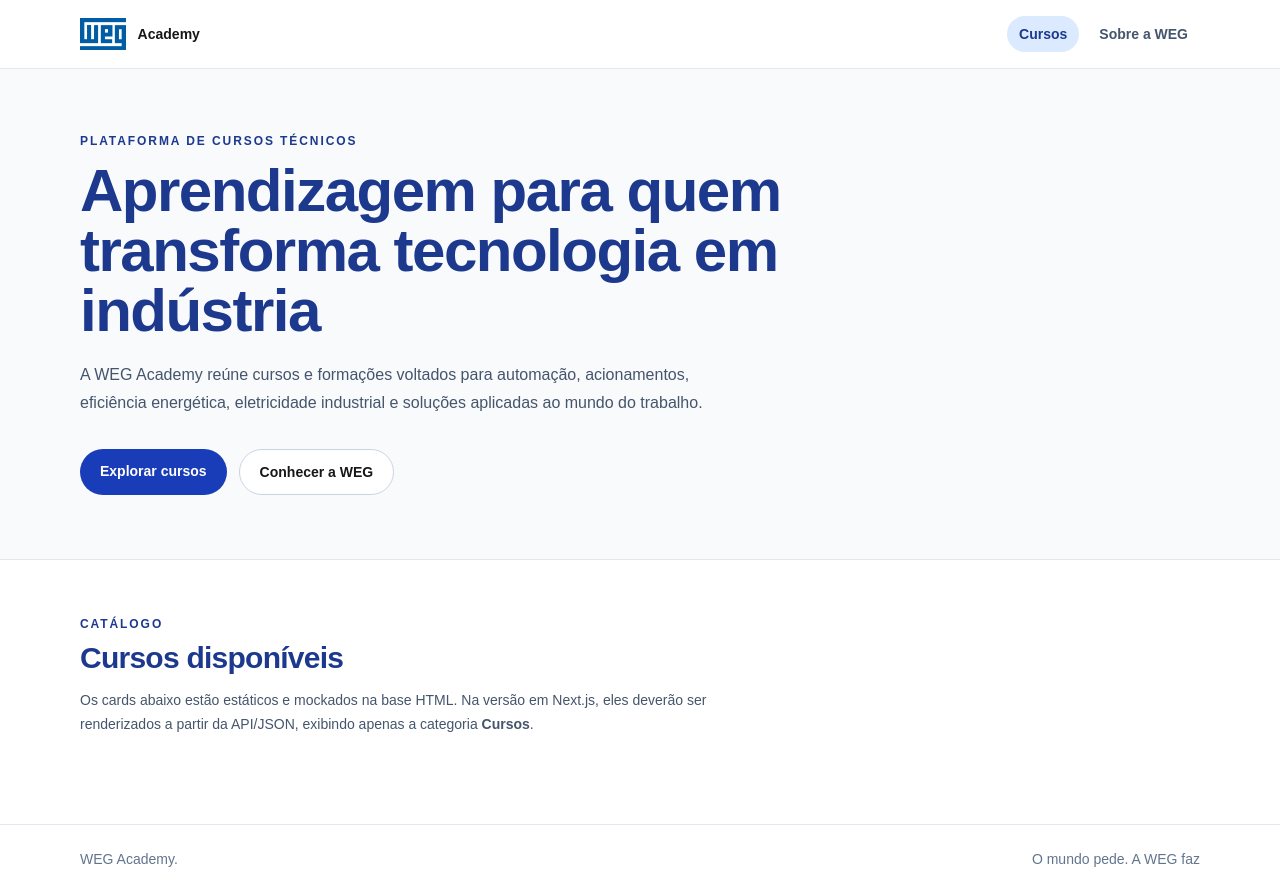
Repository: juniorAntunes910/Prova-Next-Junior_Gabriel_Antunes_de_Souza-Correta
Page: / (app in prova/)
The author's editor kept a copy of each file at every save. The page is drawn from the files as they stood at one save, then again after the next save.
The browser window is 1280 px wide. The pictures show the whole page.
The page's requests for data from a server got no answer. The project was rebuilt for these pictures with package versions that can differ from the ones it lists, and the page was loaded fresh each time. The framework's server and built-in components were replaced by stand-ins that run in the browser. No one was signed in, and anything a server would have sent is missing. Also part of the build but not shown: prova/next.config.mjs, prova/src/components/Cards.js.

Above is the page before, as saved 2026-07-10 09:13:02.

### prova/src/app/layout.js
import "./globals.css";
import Topbar from "@/components/Topbar";
import Footer from "@/components/Footer";

export const metadata = {
  title: "Create Next App",
  description: "Generated by create next app",
};

export default function RootLayout({ children }) {
  return (
    <html lang="en">
      <body className="min-h-full flex flex-col">
        <Topbar />
        {children}
        <Footer />
      </body>
    </html>
  );
}

### prova/src/app/page.js
import Hero from "@/components/Hero";
import Cards from "@/components/Cards";
export default function Home() {
  return (
    <main>
      <Hero />

      <section className="mx-auto max-w-6xl px-4 py-14" id="cursos">
        <div className="mb-8 max-w-2xl">
          <p className="mb-2 text-xs font-extrabold uppercase tracking-[0.16em] text-blue-900">
            Catálogo
          </p>
          <h2 className="text-3xl font-extrabold tracking-tight text-blue-900">
            Cursos disponíveis
          </h2>
          <p className="mt-3 text-sm leading-6 text-slate-600">
            Os cards abaixo estão estáticos e mockados na base HTML. Na versão
            em Next.js, eles deverão ser renderizados a partir da API/JSON,
            exibindo apenas a categoria <strong>Cursos</strong>.
          </p>
        </div>
        <div className="grid gap-5 md:grid-cols-3">
              <Cards />
        </div>
      </section>
    </main>
  );
}

### prova/src/components/Topbar.js
"use client";
import Image from "next/image";
import { usePathname } from "next/navigation";
import Link from "next/link";
export default function Topbar() {
  const path = usePathname();
  const active = "rounded-full bg-blue-100 px-3 py-2 text-blue-900";
  const desative = "rounded-full  px-3 py-2 text-blue-900";

  return (
    <header className="border-b border-slate-200 bg-white">
      <div className="mx-auto flex max-w-6xl flex-col gap-4 px-4 py-4 md:flex-row md:items-center md:justify-between">
        <Link
          href="/"
          className="flex items-center gap-3"
          aria-label="Página inicial WEG Academy"
        >
          <Image
            src="/logo-weg.png"
            alt="Logo WEG"
            height={64}
            width={64}
            className="h-8 w-auto"
          ></Image>
          <span className="text-sm font-bold text-weg-dark">Academy</span>
        </Link>

        <nav
          className="flex items-center gap-2 text-sm font-semibold text-slate-600"
          aria-label="Navegação principal"
        >
          <Link
            href="/"
            className={path === "/" ? active : desative}
          >
            Cursos
          </Link>
          <Link
            href="/about"
            className="rounded-full px-3 py-2 hover:bg-slate-100"
          >
            Sobre a WEG
          </Link>
        </nav>
      </div>
    </header>
  );
}

### prova/src/components/Footer.js
export default function () {
  return (
    <footer className="border-t border-slate-200 bg-white">
      <div className="mx-auto flex max-w-6xl flex-col gap-2 px-4 py-6 text-sm text-slate-500 md:flex-row md:items-center md:justify-between">
        <p>WEG Academy.</p>
        <p>O mundo pede. A WEG faz</p>
      </div>
    </footer>
  );
}

### prova/src/components/Hero.js
import Link from "next/link";
export default function Hero() {
  return (
    <section className="border-b border-slate-200 bg-slate-50">
      <div className="mx-auto max-w-6xl px-4 py-16">
        <div className="max-w-3xl">
          <p className="mb-3 text-xs font-extrabold uppercase tracking-[0.16em] text-blue-900">
            Plataforma de cursos técnicos
          </p>
          <h1 className="text-4xl font-extrabold tracking-tight text-blue-900 md:text-6xl">
            Aprendizagem para quem transforma tecnologia em indústria
          </h1>
          <p className="mt-5 max-w-2xl text-base leading-7 text-slate-600">
            A WEG Academy reúne cursos e formações voltados para automação,
            acionamentos, eficiência energética, eletricidade industrial e
            soluções aplicadas ao mundo do trabalho.
          </p>
          <div className="mt-8 flex flex-wrap gap-3">
            <Link
              href="#cursos"
              className="rounded-full bg-weg-blue px-5 py-3 text-sm font-bold bg-blue-800 text-white hover:bg-blue-900"
            >
              Explorar cursos
            </Link>
            <Link
              href="/about"
              className="rounded-full border border-slate-300 bg-white px-5 py-3 text-sm font-bold text-weg-dark hover:bg-slate-50"
            >
              Conhecer a WEG
            </Link>
          </div>
        </div>
      </div>
    </section>
  );
}

Loaded but not shown: prova/src/app/globals.css (common file)

After the next save:
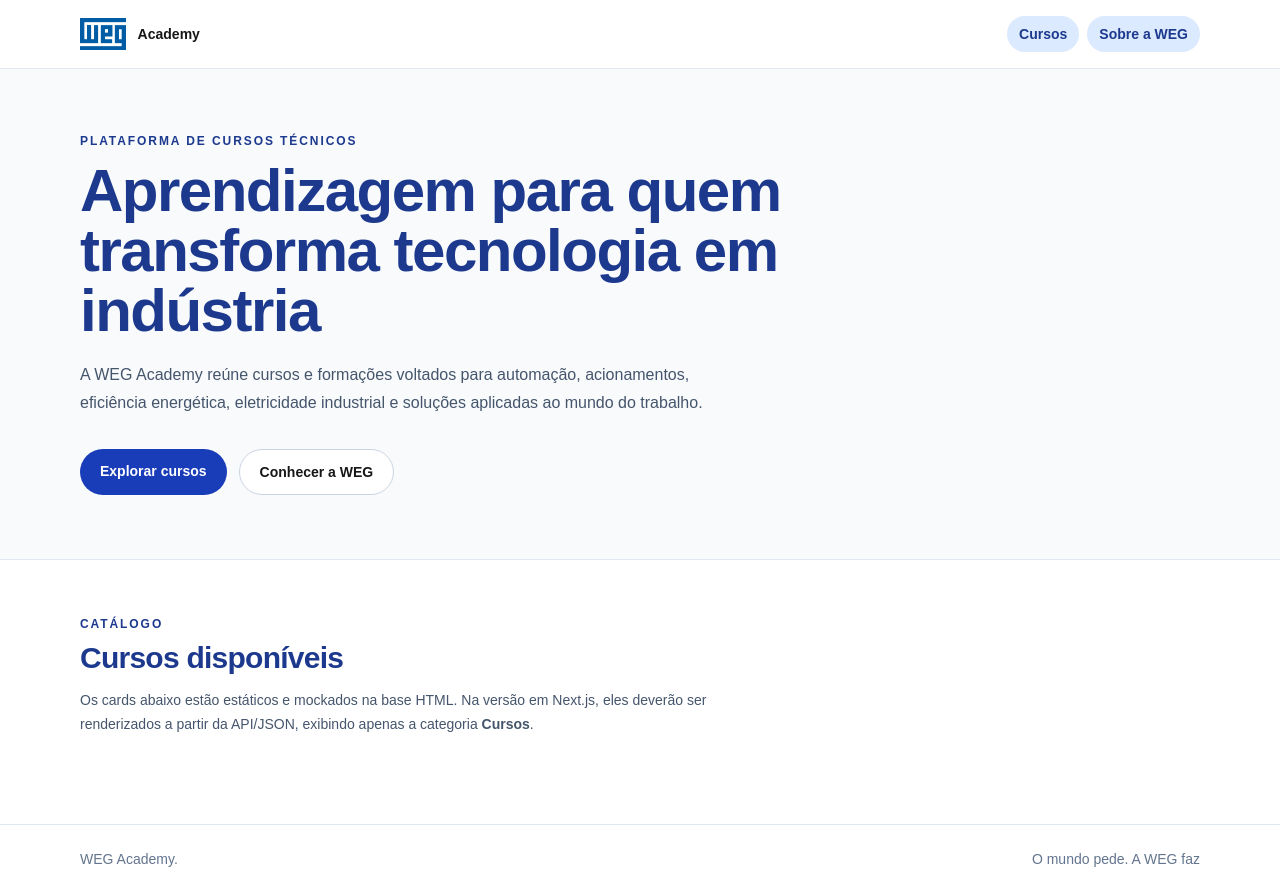
Saved 15 s later.
--- a/prova/src/components/Topbar.js
+++ b/prova/src/components/Topbar.js
@@ -37,7 +37,8 @@
           </Link>
           <Link
             href="/about"
-            className="rounded-full px-3 py-2 hover:bg-slate-100"
+            className={path === "/" ? active : desative}
+
           >
             Sobre a WEG
           </Link>
